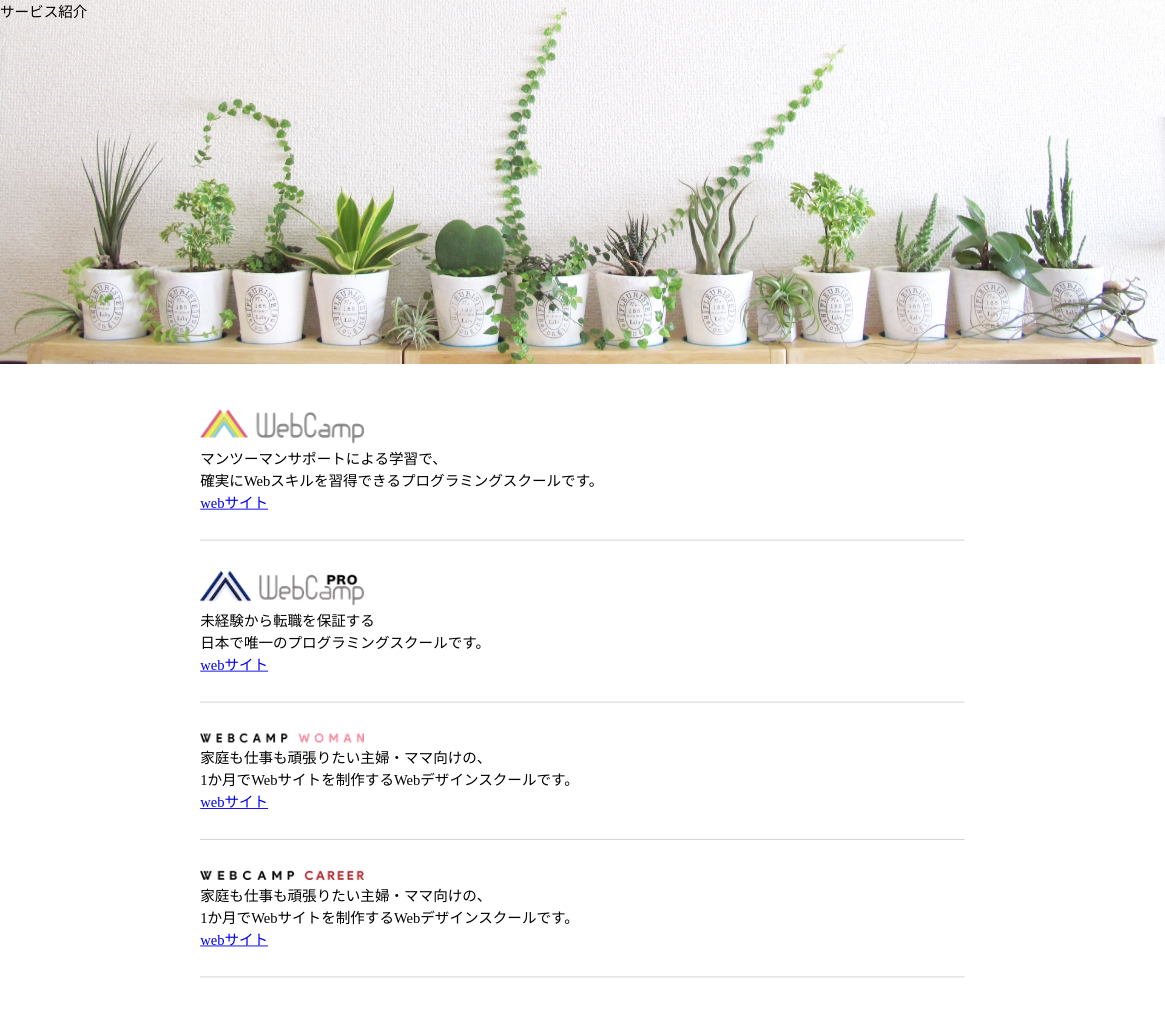
Repository: nosuyuki1002/git-practice2
Page: chapter7/7.html
The author's editor kept a record of every edit. The page is drawn from the files as they stood at one moment, then again after the next edit.
The browser window is 1280 px wide. The pictures show the whole page, at 91% of full size.

Above is the page before.

### chapter7/7.html
<!DOCTYPE html>
<html lang="ja">

  <head>

    <meta charset="UTF-8" />
    <link rel="stylesheet" href="style.css">
    <title>サービス紹介</title>

  </head>

  <body>

    <div class="main-visual">
      <p class="main-visual-text">
        サービス紹介
      </p>
    </div>

    <main>
      <div class="chapter">
        <img class="chapter-image" src="img2/wc-logo.png">
        <p class="chapter-text">
          マンツーマンサポートによる学習で、<br>
          確実にWebスキルを習得できるプログラミングスクールです。
        </p>
        <a href="index.html">
          webサイト
        </a>
      </div>

      <div class="chapter">
        <img class="chapter-image" src="img2/wcp-logo.png">
        <p class="chapter-text">
          未経験から転職を保証する<br>
          日本で唯一のプログラミングスクールです。
        </p>
        <a href="index.html">
          webサイト
        </a>
      </div>

      <div class="chapter">
        <img class="chapter-image" src="img2/wcw-logo.png">
        <p class="chapter-text">
          家庭も仕事も頑張りたい主婦・ママ向けの、<br>
          1か月でWebサイトを制作するWebデザインスクールです。
        </p>
        <a href="index.html">
          webサイト
        </a>
      </div>

      <div class="chapter1">
        <img class="chapter-image" src="img2/wcc-logo.png">
        <p class="chapter-text">
          家庭も仕事も頑張りたい主婦・ママ向けの、<br>
          1か月でWebサイトを制作するWebデザインスクールです。
        </p>
        <a href="index.html">
          webサイト
        </a>
      </div>

    </main>


  </body>
</html>

### chapter7/style.css
* {
  margin: 0;
  padding: 0;
  box-sizing: border-box;
}

.main-visual {
  height: 400px;
  width: 100%;
  background-image: url(img2/mv.jpg);
  background-size: cover;
  background-position: bottom;
}

main {
  width: 840px;
  margin: 50px auto;
}

.chapter {
  padding-bottom: 30px;
  margin-bottom: 30px;
  border-bottom: 1px solid #d1d1d1;
}

.chapter1 {
  padding-bottom: 30px;
  border-bottom: 1px solid #d1d1d1;
}

After the next edit:
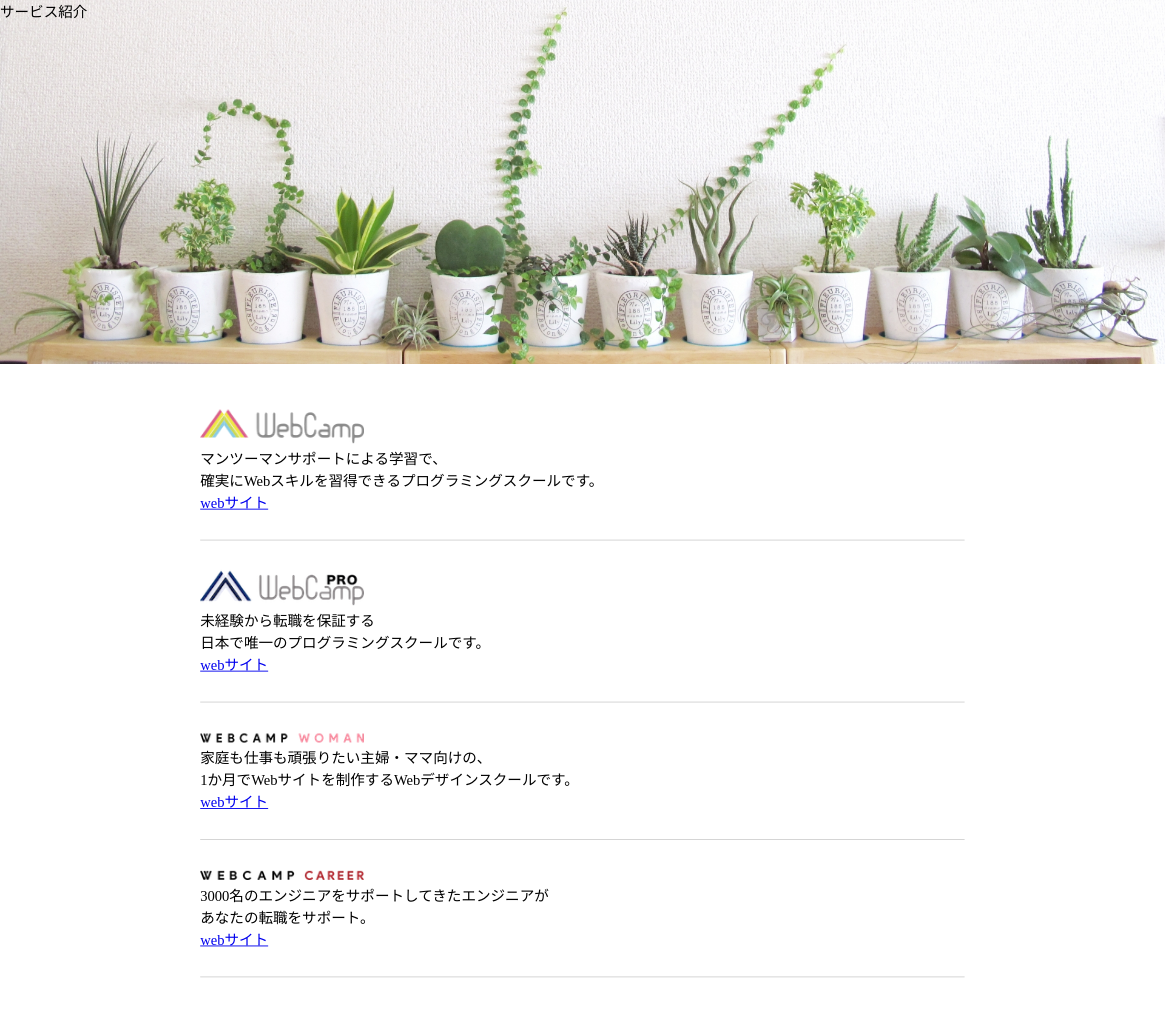
The edit:
--- a/chapter7/7.html
+++ b/chapter7/7.html
@@ -54,8 +54,8 @@
       <div class="chapter1">
         <img class="chapter-image" src="img2/wcc-logo.png">
         <p class="chapter-text">
-          家庭も仕事も頑張りたい主婦・ママ向けの、<br>
-          1か月でWebサイトを制作するWebデザインスクールです。
+          3000名のエンジニアをサポートしてきたエンジニアが<br>
+          あなたの転職をサポート。
         </p>
         <a href="index.html">
           webサイト
